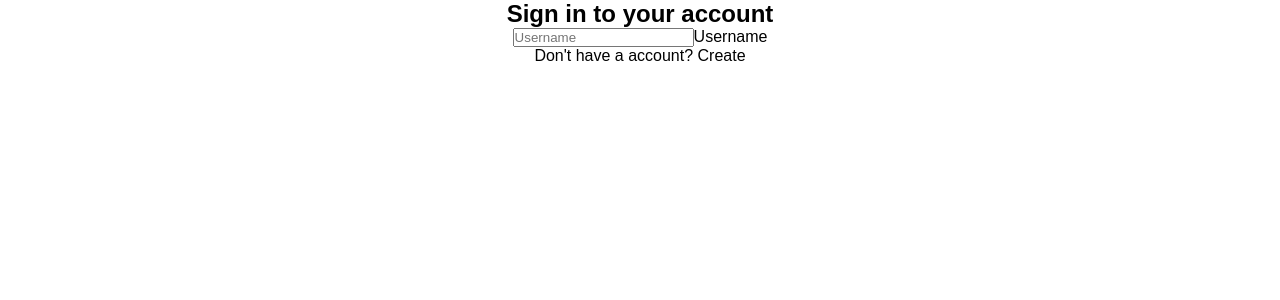
Repository: 70y-ali/branding_
Page: /sign-up (app in client/)
An editor plug-in stored every save of this project. The page is shown before and after the next save, followed by the edit.
The browser window is 1280 px wide. The pictures show the whole page.
The page's requests for data from a server got no answer. The project was rebuilt for these pictures with package versions that can differ from the ones it lists, and the page was loaded fresh each time. No one was signed in, and anything a server would have sent is missing. Also part of the build but not shown: client/src/components/Home/index.js.

Above is the page before, as saved 2021-02-15 01:43:42.

After the next save:
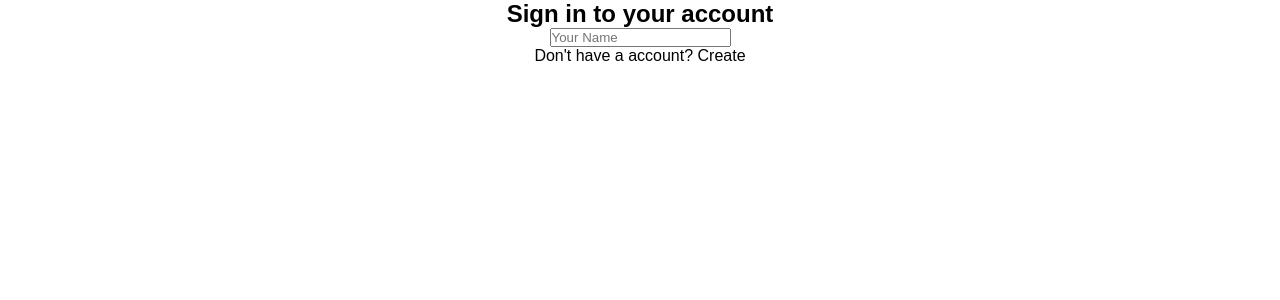
Saved 22 s later.
--- a/client/src/components/SignUp/index.js
+++ b/client/src/components/SignUp/index.js
@@ -65,8 +65,8 @@
             <form className='col-lg-12'>
                 <div className='form-group'>
                     <div className='input-field col-lg-6'>
-                        <input type='text' placeholder='Username' formNoValidate='validate'/>
-                        <label htmlFor='username'>Username</label>
+                    <label for="name"><i class="zmdi zmdi-account material-icons-name"></i></label>
+                                <input type="text" name="name" id="name" placeholder="Your Name"/>
                     </div>
                 </div>
             </form>

After the save that followed:
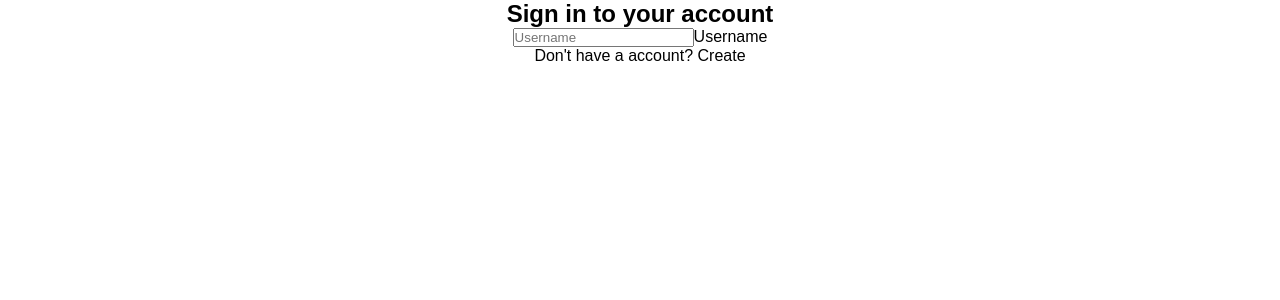
Saved 12 s later.
--- a/client/src/components/SignUp/index.js
+++ b/client/src/components/SignUp/index.js
@@ -65,8 +65,8 @@
             <form className='col-lg-12'>
                 <div className='form-group'>
                     <div className='input-field col-lg-6'>
-                    <label for="name"><i class="zmdi zmdi-account material-icons-name"></i></label>
-                                <input type="text" name="name" id="name" placeholder="Your Name"/>
+                        <input type='text' placeholder='Username'/>
+                        <label htmlFor='username'>Username</label>
                     </div>
                 </div>
             </form>
